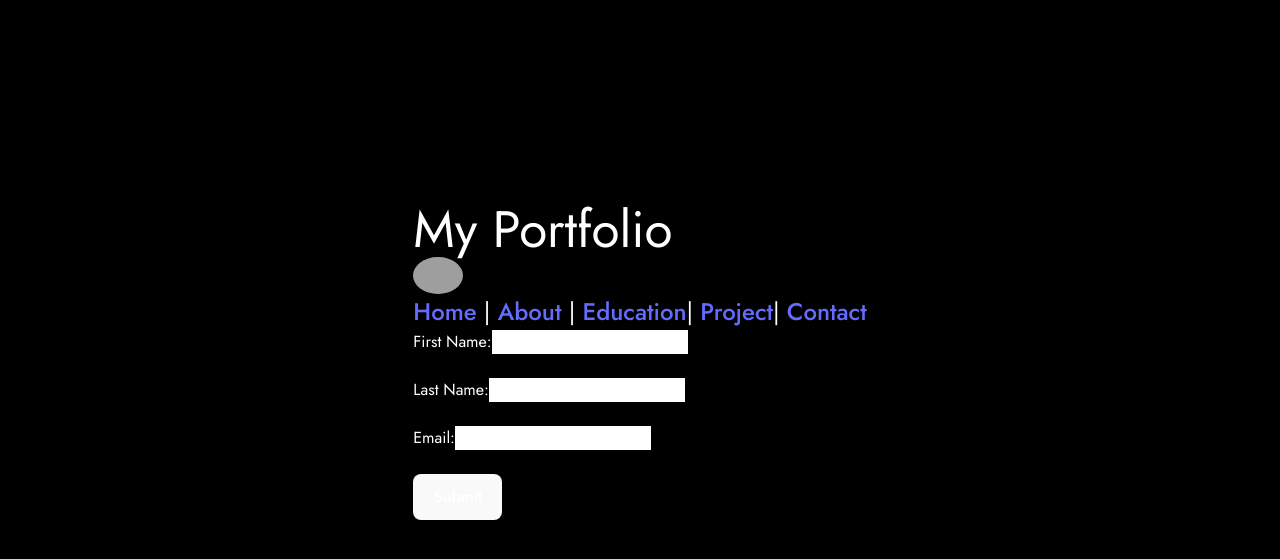
Repository: EricEE1022/myPortfolio
Page: /contact (app in client/)
These files come from the project's save history. The page is drawn as it stood at one moment and after a run of saves; the edit follows.
The browser window is 1280 px wide. The pictures show the whole page.
Pictures or frames that could not be fetched are drawn as grey boxes. The project was rebuilt for these pictures with package versions that can differ from the ones it lists, and the page was loaded fresh each time. Also part of the build but not shown: client/vite.config.js, client/components/Home.jsx, client/src/about.css, client/src/about.jsx, client/src/education.css, client/src/education.jsx, client/src/project.css, client/src/project.jsx.

Above is the page before, as saved 2024-10-10 21:31:26.

After the next 5 saves:
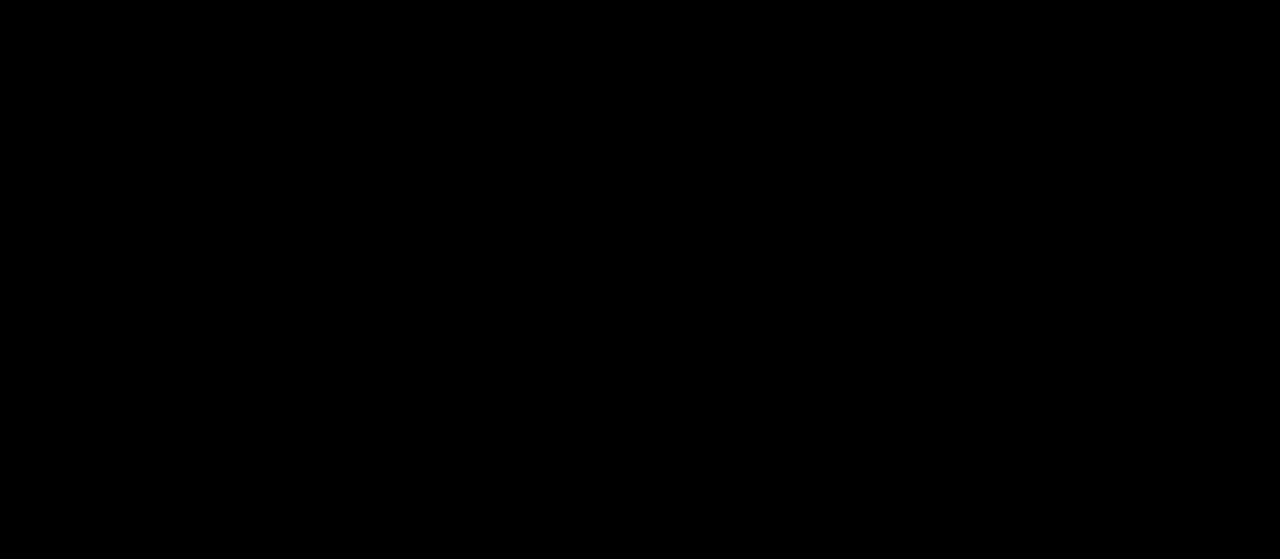
Console error: ReferenceError: data is not defined
The 5 saves are shown as one change because they came seconds apart.
The last was saved 18 s later.
--- a/client/src/contact.jsx
+++ b/client/src/contact.jsx
@@ -227,7 +227,7 @@
 
   };
 
-
+  setValues({ ...values, ...data });
 
   return (
     <form onSubmit={handleSubmit(submitForm)}>

After the 5 saves that followed:
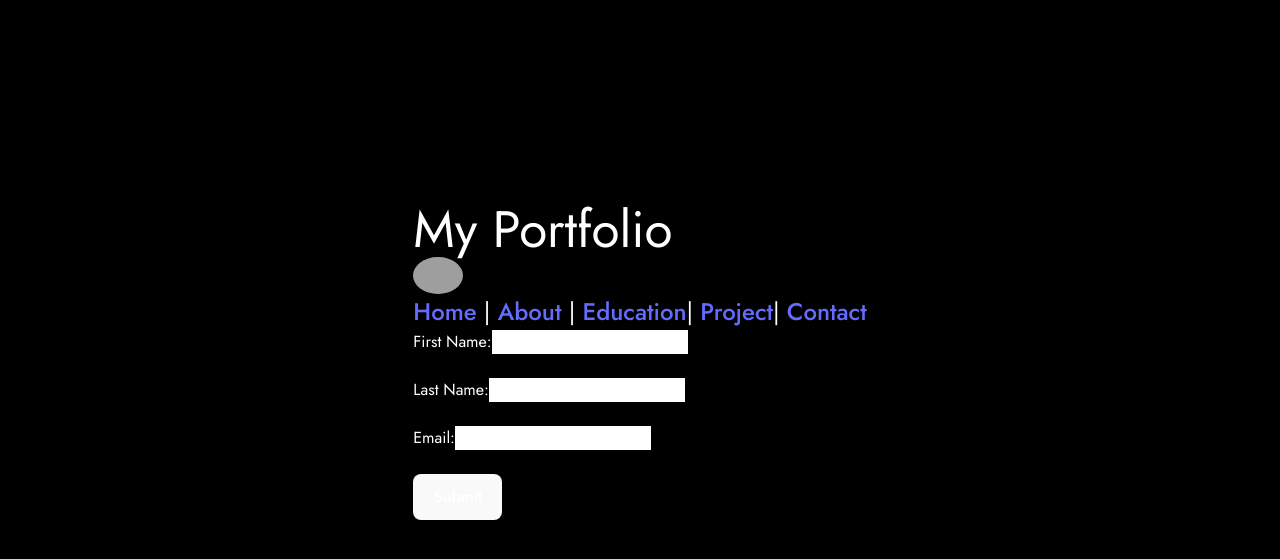
The error is gone.
The 5 saves are shown as one change because 2 did not build or start and 2 left the picture as it was.
The last was saved 2 min 43 s later.
--- a/client/src/contact.jsx
+++ b/client/src/contact.jsx
@@ -227,8 +227,9 @@
 
   };
 
-  setValues({ ...values, ...data });
-
+  const handleChange = name => event => {
+    setValues({ ...values, [name]: event.target.value })
+  }
   return (
     <form onSubmit={handleSubmit(submitForm)}>
       {/* First Name */}
